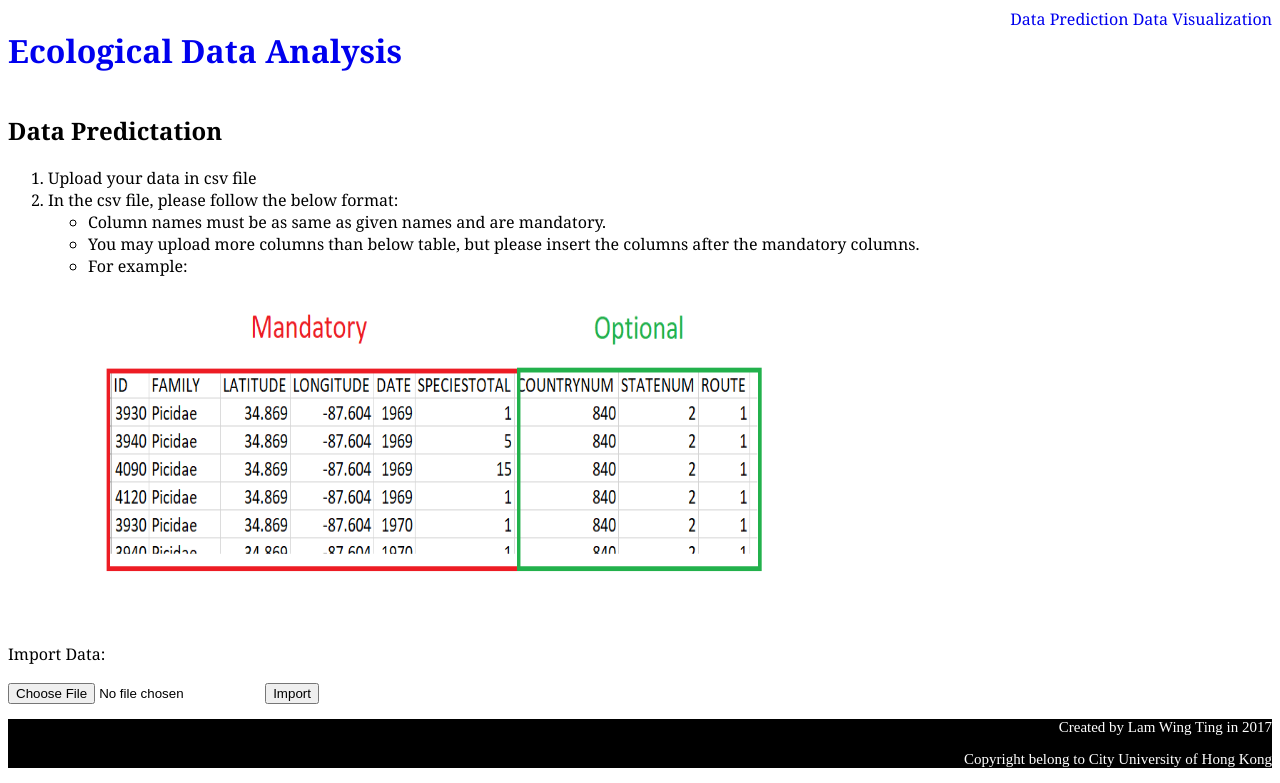
Repository: JenniferLam/FYP
Page: WebAppDev/FYP_webapp/WebContent/prediction/dataPred.html
The author's editor kept a copy of each file at every save. The page is drawn from the files as they stood at one save, then again after the next save.
The browser window is 1280 px wide. The pictures show the whole page.

Above is the page before, as saved 2018-02-02 15:08:00.

After the next save:
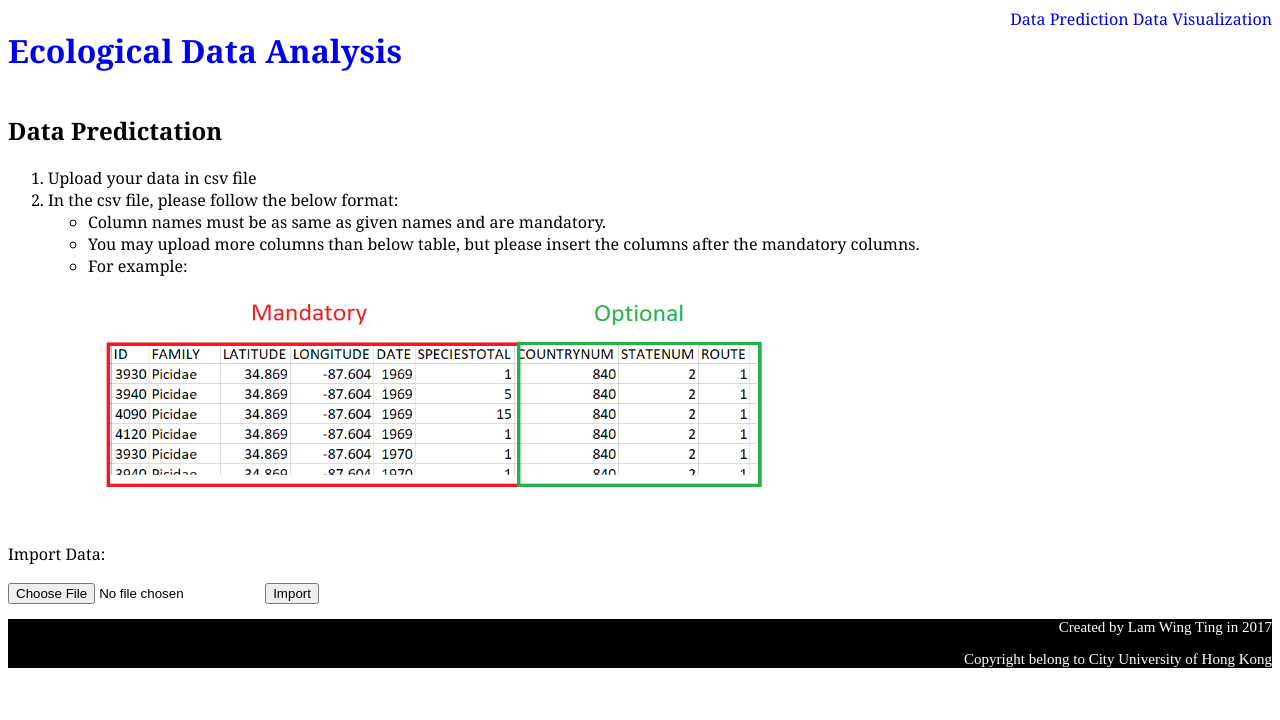
Saved 12 s later.
--- a/WebAppDev/FYP_webapp/WebContent/prediction/dataPred.css
+++ b/WebAppDev/FYP_webapp/WebContent/prediction/dataPred.css
@@ -1,4 +1,4 @@
 img{
 	width:700px;
-	height:350px;
+	height:250px;
 }
